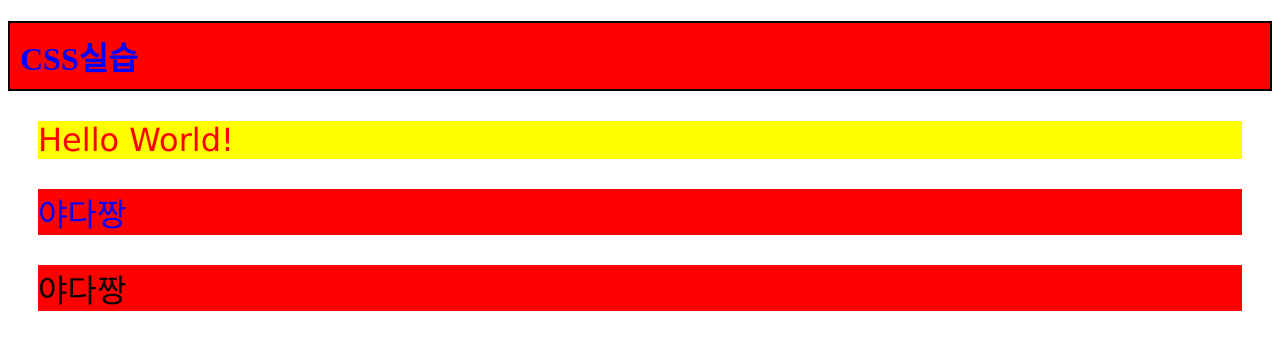
Repository: ashojm/WebWork
Page: Web/first.html
The author's editor kept a copy of each file at every save. The page is drawn from the files as they stood at one save, then again after the next save.
The browser window is 1280 px wide. The pictures show the whole page.

Above is the page before, as saved 2015-11-12 16:20:07.

### Web/first.html
<!DOCTYPE html>
<html>
	<head>
		<meta charset="UTF-8">
		<link rel="stylesheet" href="css/base.css"/>
		<title>제목입니다.</title>
	</head>
	<body>
		<h1>CSS실습</h1>
		<p>
			Hello World!
		</p>
		<p id="yada">
			야다짱
		</p>
		<p class="yada">
			야다짱
		</p>

	</body>
</html>

### Web/css/base.css
h1{color:#0000FF;font-family:serif;font-size:200%;background-color:red;border:2px solid black;padding:10px}
p {color:red;font-size:200%;font-family:Verdana;background-color:yellow;margin:30px}
p#yada {color:blue;background-color:red}
p.yada {color:black;background-color:red}

After the next save:
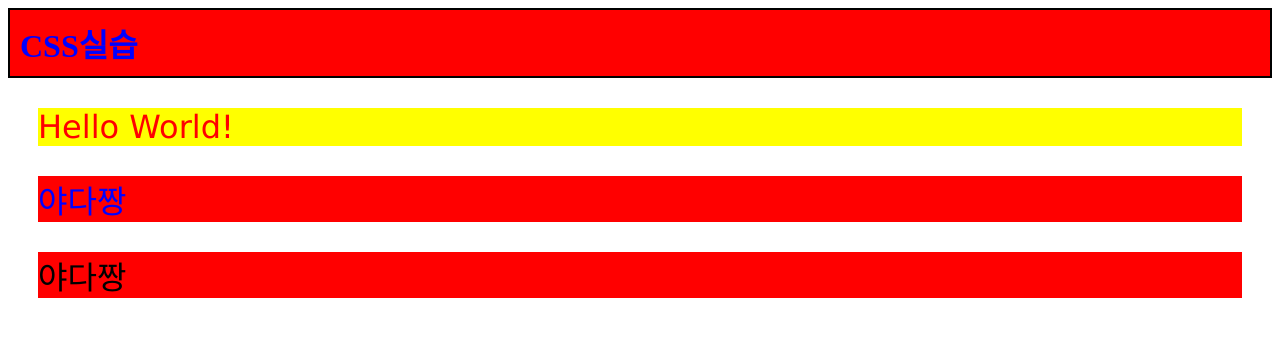
Saved 3 min 28 s later.
--- a/Web/css/base.css
+++ b/Web/css/base.css
@@ -1,4 +1,4 @@
-h1{color:#0000FF;font-family:serif;font-size:200%;background-color:red;border:2px solid black;padding:10px}
+h1{color:#0000FF;font-family:serif;font-size:200%;background-color:red;border:2px solid black;padding:10px;margin:0 auto}
 p {color:red;font-size:200%;font-family:Verdana;background-color:yellow;margin:30px}
 p#yada {color:blue;background-color:red}
 p.yada {color:black;background-color:red}
